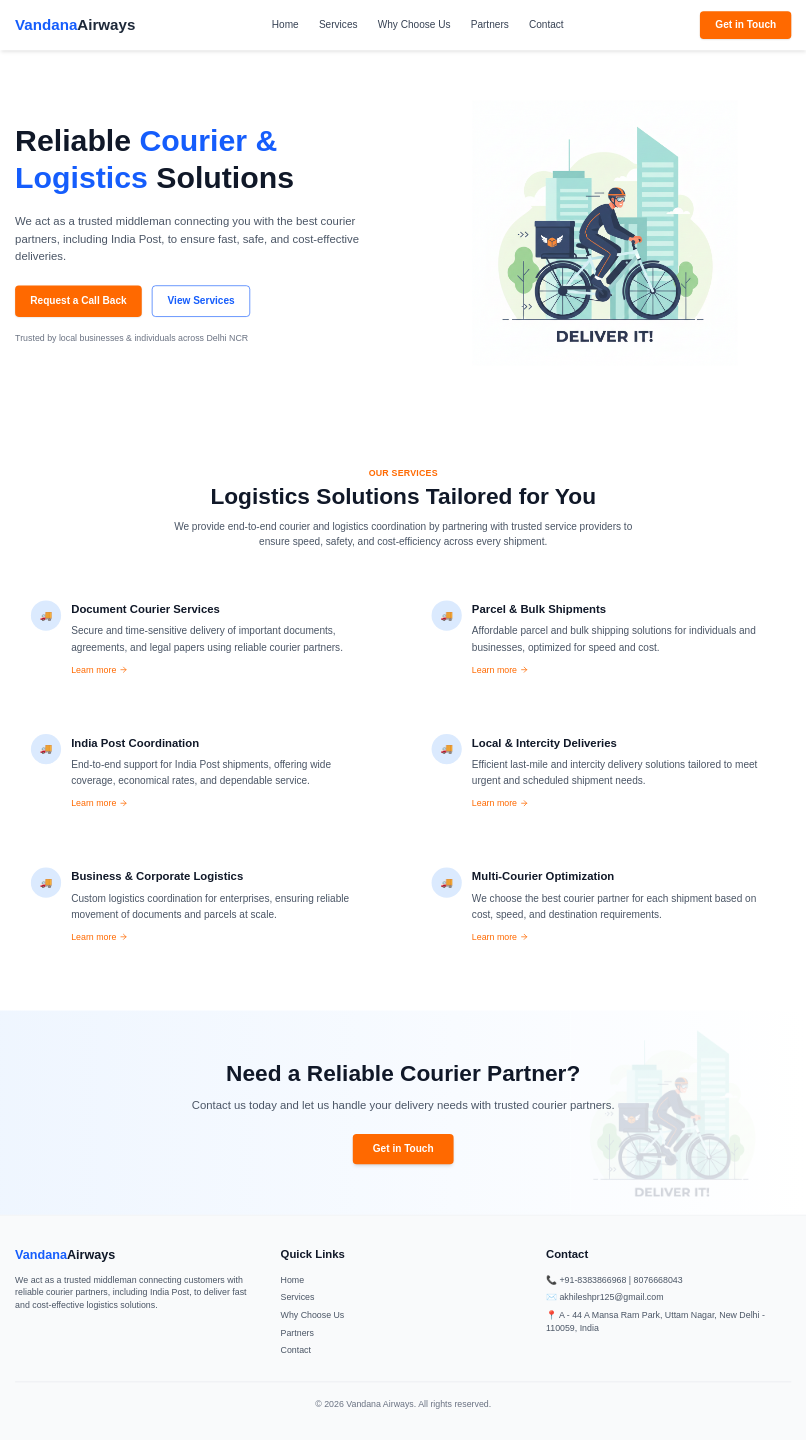
Repository: Rohit-foryou/Courier-Portfolio
Page: /
These files come from the project's save history. The page is drawn as it stood at one moment and after the next save; the edit follows.
The browser window is 1280 px wide. The pictures show the whole page, at 63% of full size.
The project was rebuilt for these pictures with package versions that can differ from the ones it lists, and the page was loaded fresh each time. The framework's server and built-in components were replaced by stand-ins that run in the browser. Also part of the build but not shown: next.config.ts.

Above is the page before, as saved 2026-02-09 22:50:27.

### app/layout.tsx
import "./globals.css";
import Navbar from "../components/Navbar";
import Footer from "../components/Fotter";

export const metadata = {
  title: "Courier Portfolio",
  description: "Courier & logistics service portfolio website",
};

export default function RootLayout({
  children,
}: {
  children: React.ReactNode;
}) {
  return (
    <html lang="en">
      <body>
        <Navbar />
        <main className="min-h-screen">{children}</main>
        <Footer />
      </body>
    </html>
  );
}

### app/page.tsx
import HeroSection from "../components/HeroSection";
import ServicesOverview from "../components/ServiceOverview";
import CTASection from "../components/CTASection";

export default function HomePage() {
  return (
    <>
      <HeroSection />
      <ServicesOverview />
      <CTASection />
    </>
  );
}

### components/Navbar.tsx
import Link from "next/link";

export default function Navbar() {
  return (
    <nav className="w-full bg-white sticky top-0 z-50 shadow-md">
      <div className="max-w-7xl mx-auto px-6">
        <div className="flex items-center justify-between h-20">

          {/* Logo */}
          <Link href="/" className="flex items-center">
            <span className="text-2xl font-bold text-blue-600">
              Vandana<span className="text-gray-800">Airways</span>
            </span>
          </Link>

          {/* Navigation Links */}
          <div className="hidden md:flex items-center space-x-8 text-gray-700 font-medium">
            {["Home", "Services", "Why Choose Us", "Partners", "Contact"].map(
              (item) => (
                <Link
                  key={item}
                  href={item === "Home" ? "/" : `/${item.toLowerCase().replace(/\s/g, "-")}`}
                  className="relative hover:text-blue-600 transition after:absolute after:left-0 after:-bottom-1 after:w-0 after:h-[2px] after:bg-orange-500 hover:after:w-full after:transition-all"
                >
                  {item}
                </Link>
              )
            )}
          </div>

          {/* CTA Button */}
          <Link
            href="/contact"
            className="bg-orange-500 text-white px-6 py-2.5 rounded-md font-semibold hover:bg-orange-600 transition shadow-sm"
          >
            Get in Touch
          </Link>
        </div>
      </div>
    </nav>
  );
}

### components/Fotter.tsx
import Link from "next/link";

export default function Footer() {
  return (
    <footer className="bg-gray-50 border-t border-gray-200">
      <div className="max-w-7xl mx-auto px-6 py-12">
        <div className="grid grid-cols-1 md:grid-cols-3 gap-8">
          {/* Brand / About */}
          <div>
            <h3 className="text-xl font-bold text-blue-600">
  Vandana<span className="text-gray-900">Airways</span>
</h3>

            <p className="mt-4 text-gray-600 text-sm">
              We act as a trusted middleman connecting customers with reliable
              courier partners, including India Post, to deliver fast and
              cost-effective logistics solutions.
            </p>
          </div>

          {/* Quick Links */}
          <div>
            <h4 className="text-lg font-semibold text-gray-900 mb-4">
Quick Links</h4>
            <ul className="mt-4 space-y-2 text-sm">
              <li>
                <Link
                  href="/"
                  className="text-gray-600 hover:text-blue-600 transition"
                >
                  Home
                </Link>
              </li>
              <li>
                <Link
                  href="/services"
                  className="text-gray-600 hover:text-blue-600 transition"
                >
                  Services
                </Link>
              </li>
              <li>
                <Link
                  href="/why-choose-us"
                  className="text-gray-600 hover:text-blue-600 transition"
                >
                  Why Choose Us
                </Link>
              </li>
              <li>
                <Link
                  href="/partners"
                  className="text-gray-600 hover:text-blue-600 transition"
                >
                  Partners
                </Link>
              </li>
              <li>
                <Link
                  href="/contact"
                  className="text-gray-600 hover:text-blue-600 transition"
                >
                  Contact
                </Link>
              </li>
            </ul>
          </div>

          {/* Contact Info */}
          <div>
            <h4 className="text-lg font-semibold text-gray-900">Contact</h4>
            <ul className="mt-4 space-y-2 text-gray-600 text-sm">
              <li>📞 +91-8383866968 | 8076668043</li>
              <li>✉️ akhileshpr125@gmail.com</li>
              <li>
                📍 A - 44 A Mansa Ram Park, Uttam Nagar, New Delhi - 110059, India
              </li>
            </ul>
          </div>
        </div>

        {/* Bottom Bar */}
        <div className="mt-10 border-t border-gray-200 pt-6 text-center text-sm text-gray-500">
          © {new Date().getFullYear()} Vandana Airways. All rights reserved.
        </div>
      </div>
    </footer>
  );
}

### components/HeroSection.tsx
import Link from "next/link";
import Image from "next/image";

export default function HeroSection() {
  return (
    <section className="bg-white">
      <div className="max-w-7xl mx-auto px-6 py-20 grid grid-cols-1 md:grid-cols-2 gap-12 items-center">

        {/* Left Content */}
        <div>
          <h1 className="text-4xl md:text-5xl font-bold text-gray-900 leading-tight">
            Reliable <span className="text-blue-600">Courier & Logistics</span>{" "}
            Solutions
          </h1>

          <p className="mt-6 text-lg text-gray-600">
            We act as a trusted middleman connecting you with the best courier
            partners, including India Post, to ensure fast, safe, and
            cost-effective deliveries.
          </p>

          {/* CTA Buttons */}
          <div className="mt-8 flex flex-wrap gap-4">
            <Link
              href="/contact"
              className="bg-orange-500 text-white px-6 py-3 rounded-md font-semibold hover:bg-orange-600 transition shadow-sm"
            >
              Request a Call Back
            </Link>

            <Link
              href="/services"
              className="border border-blue-600 text-blue-600 px-6 py-3 rounded-md font-semibold hover:bg-blue-50 transition"
            >
              View Services
            </Link>
          </div>

          {/* Trust Signal */}
          <p className="mt-6 text-sm text-gray-500">
            Trusted by local businesses & individuals across Delhi NCR
          </p>
        </div>

        {/* Right Visual */}
        <div className="flex justify-center">
          <Image
            src="/images/courier-illustration.png"
            alt="Courier and logistics illustration"
            width={420}
            height={320}
            className="object-contain"
            priority
          />
        </div>
      </div>
    </section>
  );
}

### components/ServiceOverview.tsx
import ServiceCard from "./ServiceCard";

export default function ServiceOverview() {
  return (
    <section className="bg-white py-20">
      <div className="max-w-7xl mx-auto px-6">
        {/* Section Header */}
        <div className="text-center max-w-3xl mx-auto">
          <p className="text-sm font-semibold text-orange-500 uppercase tracking-wide">
            Our Services
          </p>
          <h2 className="mt-2 text-3xl md:text-4xl font-bold text-gray-900">
            Logistics Solutions Tailored for You
          </h2>
          <p className="mt-4 text-gray-600">
            We provide end-to-end courier and logistics coordination by
            partnering with trusted service providers to ensure speed, safety,
            and cost-efficiency across every shipment.
          </p>
        </div>

        {/* Services Grid */}
        <div className="mt-14 grid grid-cols-1 md:grid-cols-2 gap-10">
          <ServiceCard
            title="Document Courier Services"
            description="Secure and time-sensitive delivery of important documents, agreements, and legal papers using reliable courier partners."
          />
          <ServiceCard
            title="Parcel & Bulk Shipments"
            description="Affordable parcel and bulk shipping solutions for individuals and businesses, optimized for speed and cost."
          />
          <ServiceCard
            title="India Post Coordination"
            description="End-to-end support for India Post shipments, offering wide coverage, economical rates, and dependable service."
          />
          <ServiceCard
            title="Local & Intercity Deliveries"
            description="Efficient last-mile and intercity delivery solutions tailored to meet urgent and scheduled shipment needs."
          />
          <ServiceCard
            title="Business & Corporate
            Logistics"
            description="Custom logistics coordination for enterprises, ensuring reliable movement of documents and parcels at scale."
          />
          <ServiceCard
            title="Multi-Courier Optimization"
            description="We choose the best courier partner for each shipment based on cost, speed, and destination requirements."
          />
        </div>
      </div>
    </section>
  );
}

### components/CTASection.tsx
import Link from "next/link";
import Image from "next/image";

export default function CTASection() {
  return (
    <section className="relative overflow-hidden bg-gradient-to-r from-blue-50 to-white py-20">

      {/* Background Image (subtle, like Trackon) */}
      <div className="absolute right-0 top-0 h-full w-1/3 opacity-20 hidden md:block">
        <Image
          src="/images/courier-illustration.png"
          alt="Courier illustration"
          fill
          className="object-contain"
        />
      </div>

      {/* Content */}
      <div className="relative max-w-4xl mx-auto text-center px-6">
        <h2 className="text-3xl md:text-4xl font-bold text-gray-900">
          Need a Reliable Courier Partner?
        </h2>

        <p className="mt-4 text-gray-600 text-lg">
          Contact us today and let us handle your delivery needs with trusted
          courier partners.
        </p>

        <Link
          href="/contact"
          className="inline-block mt-8 bg-orange-500 hover:bg-orange-600 text-white px-8 py-3 rounded-md font-semibold transition shadow-md"
        >
          Get in Touch
        </Link>
      </div>
    </section>
  );
}

### components/ServiceCard.tsx
import Link from "next/link";
import { ArrowRight } from "lucide-react";

type ServiceCardProps = {
  title: string;
  description: string;
};

export default function ServiceCard({ title, description }: ServiceCardProps) {
  return (
    <div className="group flex gap-4 p-6 bg-white hover:bg-gray-50 transition rounded-lg border border-transparent hover:border-gray-200">

      {/* Icon */}
      <div className="flex-shrink-0">
        <div className="w-12 h-12 rounded-full bg-blue-100 flex items-center justify-center text-blue-500">
          🚚
        </div>
      </div>

      {/* Content */}
      <div>
        <h3 className="text-lg font-semibold text-gray-900 transition">
          {title}
        </h3>

        <p className="mt-2 text-gray-600 leading-relaxed">
          {description}
        </p>

        <Link
          href="/services"
          className="inline-flex items-center gap-1 mt-3 text-sm font-medium text-orange-500 hover:gap-2 transition-all"
        >
          Learn more <ArrowRight size={14} />
        </Link>
      </div>
    </div>
  );
}

Loaded but not shown: app/globals.css (common file)

After the next save:
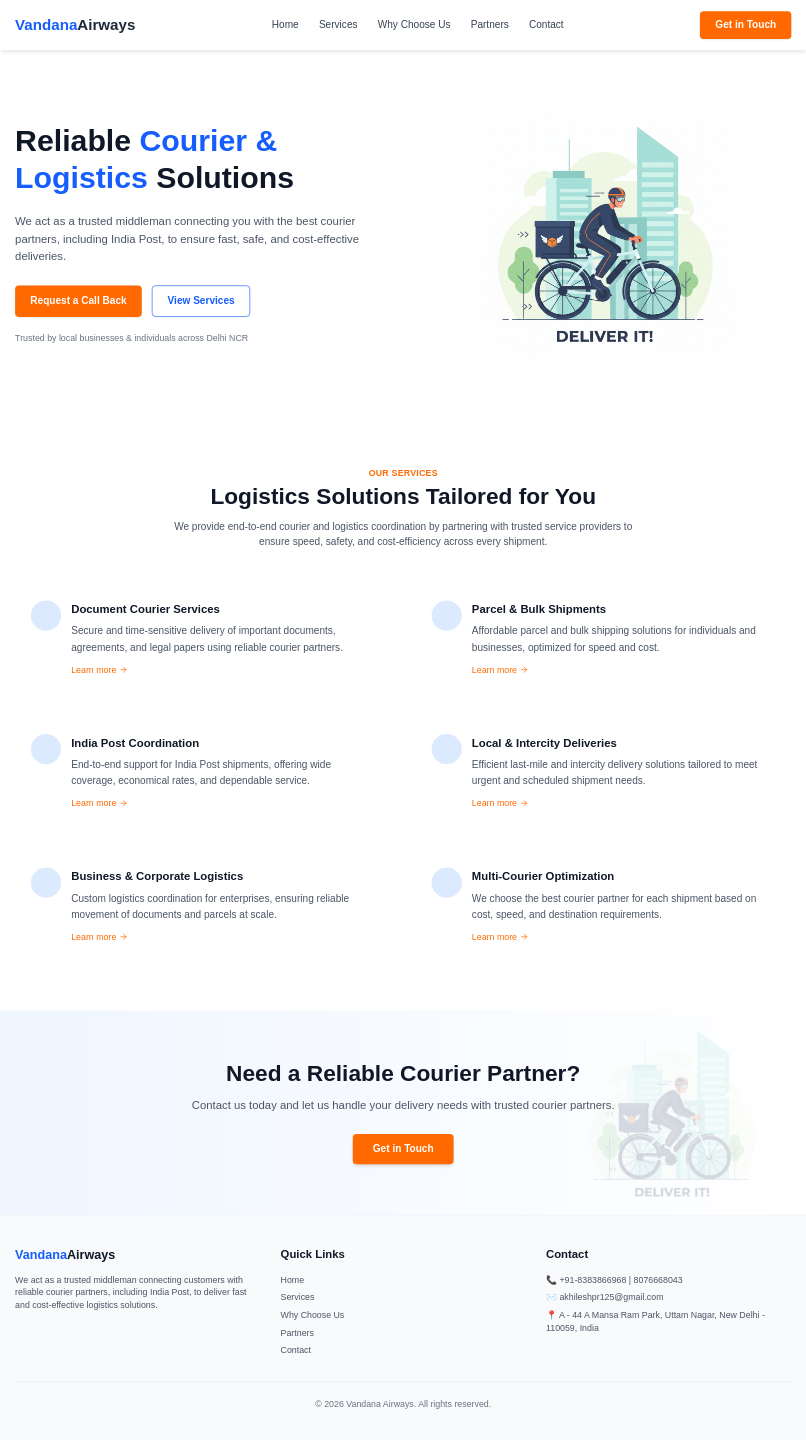
Saved 5 min 37 s later.
--- a/components/ServiceCard.tsx
+++ b/components/ServiceCard.tsx
@@ -1,25 +1,27 @@
 import Link from "next/link";
 import { ArrowRight } from "lucide-react";
+import { ReactNode } from "react";
 
 type ServiceCardProps = {
   title: string;
   description: string;
+  icon: ReactNode;
 };
 
-export default function ServiceCard({ title, description }: ServiceCardProps) {
+export default function ServiceCard({ title, description, icon }: ServiceCardProps) {
   return (
     <div className="group flex gap-4 p-6 bg-white hover:bg-gray-50 transition rounded-lg border border-transparent hover:border-gray-200">
 
       {/* Icon */}
       <div className="flex-shrink-0">
         <div className="w-12 h-12 rounded-full bg-blue-100 flex items-center justify-center text-blue-500">
-          🚚
+          {icon}
         </div>
       </div>
 
       {/* Content */}
       <div>
-        <h3 className="text-lg font-semibold text-gray-900 transition">
+        <h3 className="text-lg font-semibold text-gray-900">
           {title}
         </h3>
 
